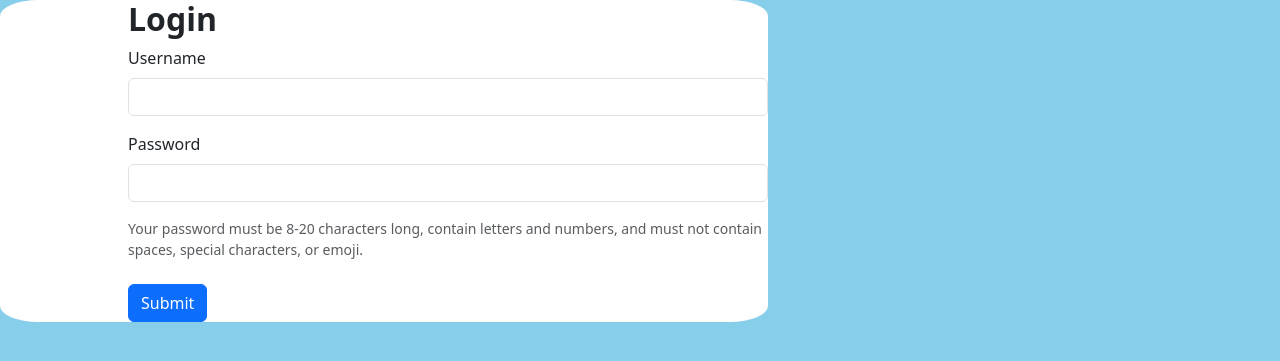
Repository: sarathraj2002/todo-list
Page: login.html
These files come from the project's save history. The page is drawn as it stood at one moment and after a run of saves; the edit follows.
The browser window is 1280 px wide. The pictures show the whole page.

Above is the page before, as saved 2024-09-05 11:11:14.

### login.html
<!DOCTYPE html>
<html lang="en">
<head>
    <meta charset="UTF-8">
    <meta name="viewport" content="width=device-width, initial-scale=1.0">
    <title>login</title>
    <link rel="stylesheet" href="bootstrap.min.css">
    <link rel="stylesheet" href="style.css">
</head>
<body>

    <form class="form">
        <h2><b>Login</b></h2>
        <div class="mb-3">
          <label for="exampleInputUsername1" class="form-label">Username</label>
          <input type="test" class="form-control" id="username" >

        </div>
        <div class="mb-3 ">
          <label for="exampleInputPassword1" class="form-label">Password</label>
          <input type="password" class="form-control" id="password">
        </div>
        <div id="passwordHelpBlock" class="form-text">
            Your password must be 8-20 characters long, contain letters and numbers, and must not contain spaces, special characters, or emoji.
          </div>
          <br>

        <button type="submit" class="btn btn-primary">Submit</button>
      </form>

    <script src="script.js"></script>
</body>
</html>

### style.css
body{
    background-color: skyblue;
    background-size: cover;
}
.container{
    height: 100px;
    padding-top: 10%;

}
.form{
    height: 100%;
    width: 60%;
    border-color:black;
    padding-left: 10%;
    border-radius: 5%;
    background-color: white;
}

Loaded but not shown: bootstrap.min.css (library); script.js (no stored copy; drawn as an empty file)

After the next 2 saves:
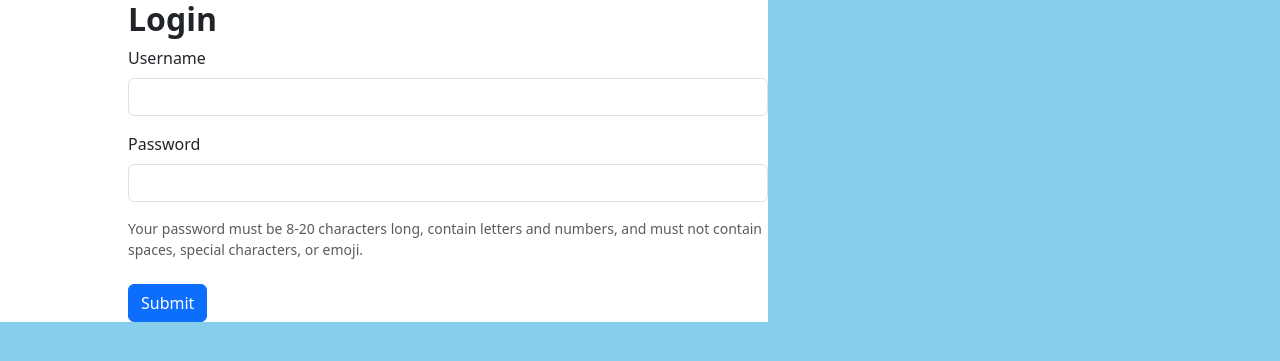
The 2 saves are shown as one change because they came seconds apart.
The last was saved 14 s later.
--- a/style.css
+++ b/style.css
@@ -12,6 +12,6 @@ body{
     width: 60%;
     border-color:black;
     padding-left: 10%;
-    border-radius: 5%;
+    border-radius: 0%;
     background-color: white;
 }
